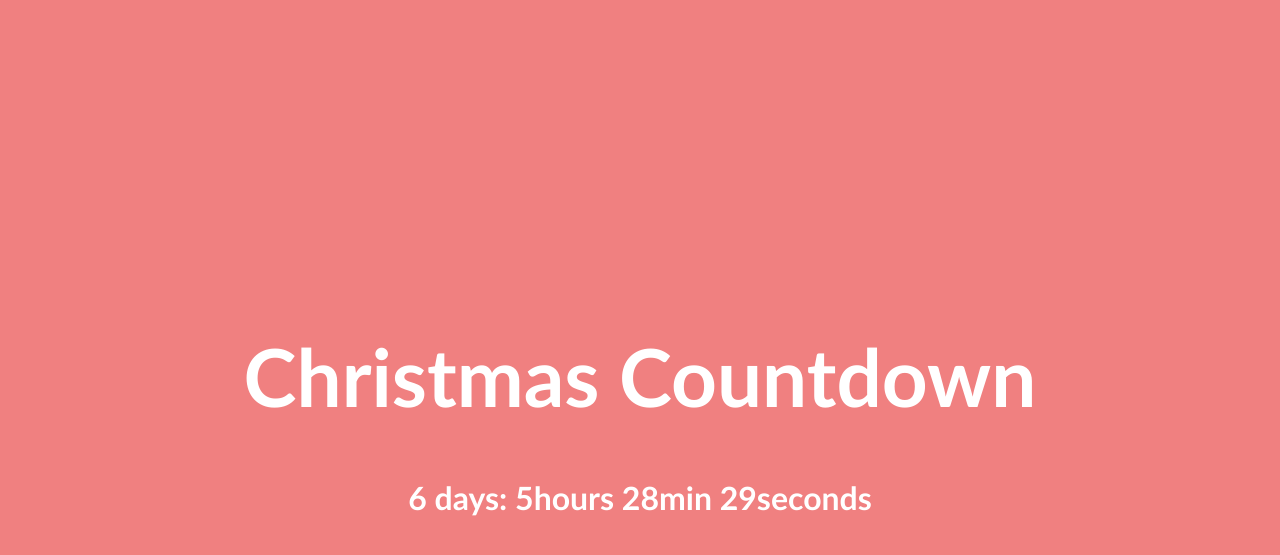
Repository: notMaximilian/countdown-timer
Page: index.html
The author's editor kept a copy of each file at every save. The page is drawn from the files as they stood at one save, then again after a run of saves.
The browser window is 1280 px wide. The pictures show the whole page.

Above is the page before, as saved 2021-12-18 18:53:15.

### index.html
<html lang="en">
    <head>
        <meta charset="utf-8"/>
        <title>Christmas Countdown</title>
        <link rel="stylesheet" href="styles.css"/>
    </head>
    <body>
        <h1 id="main-text">Christmas Countdown</h1>
        <h1 id="time-left"></h1>
        <script src="app.js"></script>
    </body>
</html>

### styles.css
body{
    background-color: lightcoral;
    color:white;
    text-align: center;
    padding-top: 25%;
    font-family: 'Trebuchet MS', 'Lucida Sans Unicode', 'Lucida Grande', 'Lucida Sans', Arial, sans-serif;
}

#main-text{
    font-size: 500%;
}

### app.js
const timeLeft = document.getElementById('time-left')
let timerId;
//Units of time
const second = 1000
const minute = second * 60
const hour = minute * 60
const day = hour * 24

const christmas = new Date('12/25/2021')

function countdown(){
    const today = new Date();
    const timeSpan = christmas - today;

    if(timeSpan <= -day){
        timeLeft.innerHTML("I hope you had a Merry Christmas!!!")
        clearInterval(timerId)
        return
    }

    if (timeSpan <= 0){
        timeLeft.innerHTML("Merry Christmas!!!")
        clearInterval(timerId)
        return
    }

    const days = Math.floor(timeSpan / day)
    const hours = Math.floor((timeSpan % day) / hour)
    const minutes = Math.floor((timeSpan % hour) / minute)
    const seconds = Math.floor((timeSpan % minute) / second)

    timeLeft.innerHTML = days + " days: " + hours + "hours " + minutes + "min " + seconds + "seconds"

}

timerId = setInterval(countdown, second)

After the next 4 saves:
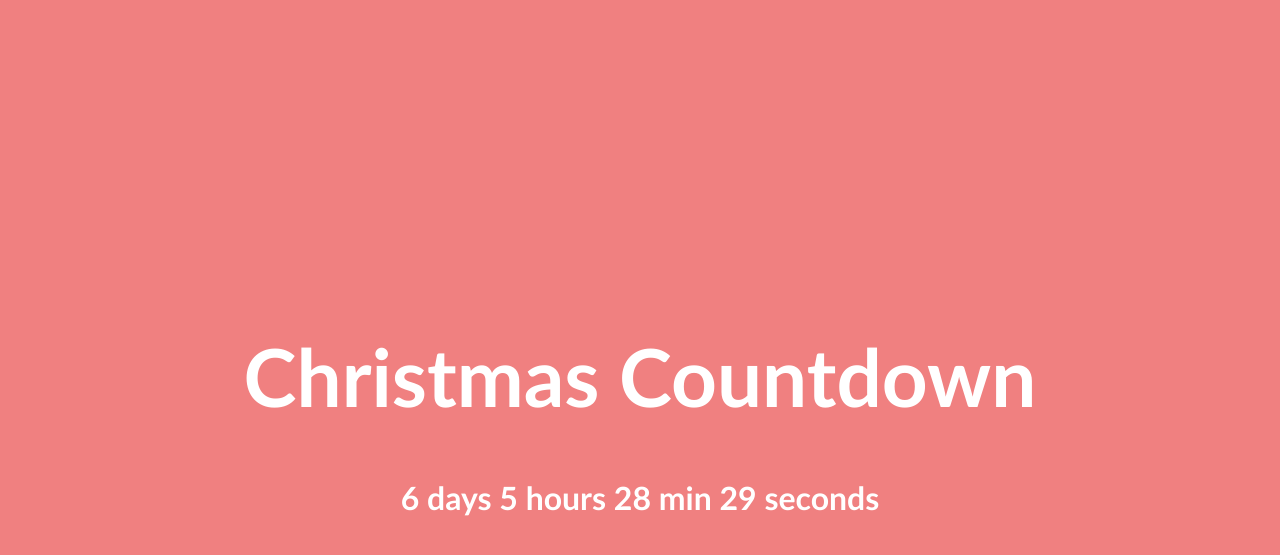
The 4 saves are shown as one change because they came seconds apart.
The last was saved 16 s later.
--- a/app.js
+++ b/app.js
@@ -29,7 +29,7 @@ function countdown(){
     const minutes = Math.floor((timeSpan % hour) / minute)
     const seconds = Math.floor((timeSpan % minute) / second)
 
-    timeLeft.innerHTML = days + " days: " + hours + "hours " + minutes + "min " + seconds + "seconds"
+    timeLeft.innerHTML = days + " days " + hours + " hours " + minutes + " min " + seconds + " seconds"
 
 }
 
